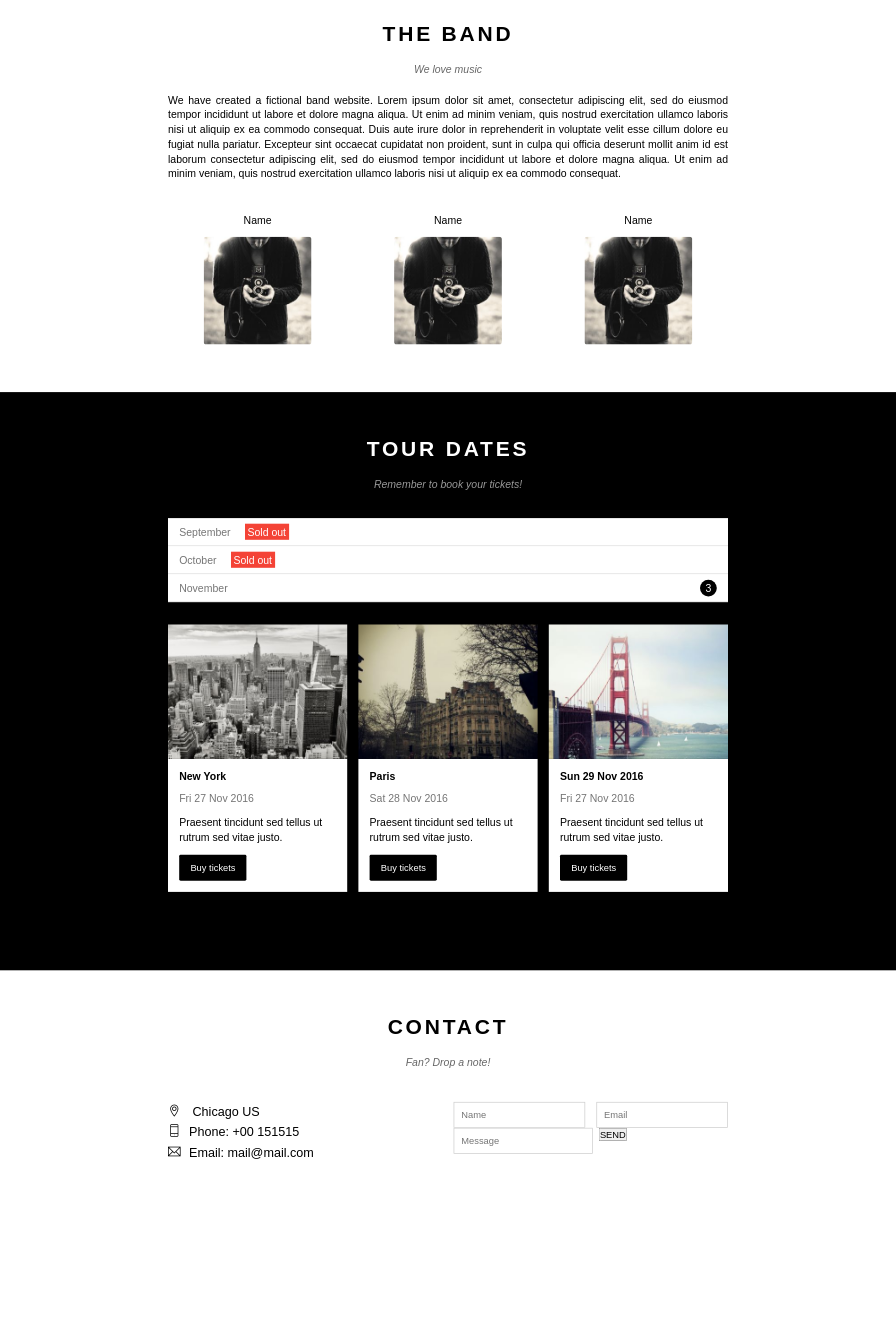
Repository: Phunobita/The-band-w3school
Page: index.html
The author's editor kept a copy of each file at every save. The page is drawn from the files as they stood at one save, then again after the next save.
The browser window is 1280 px wide. The pictures show the part of the page from y = 383 to 2303 px (the page is 2303 px tall), at 70% of full size.
A picture or video elsewhere on the page could not be fetched, so the positions and the page height are approximate.

Above is the page before, as saved 2021-12-03 16:02:39.

After the next save:
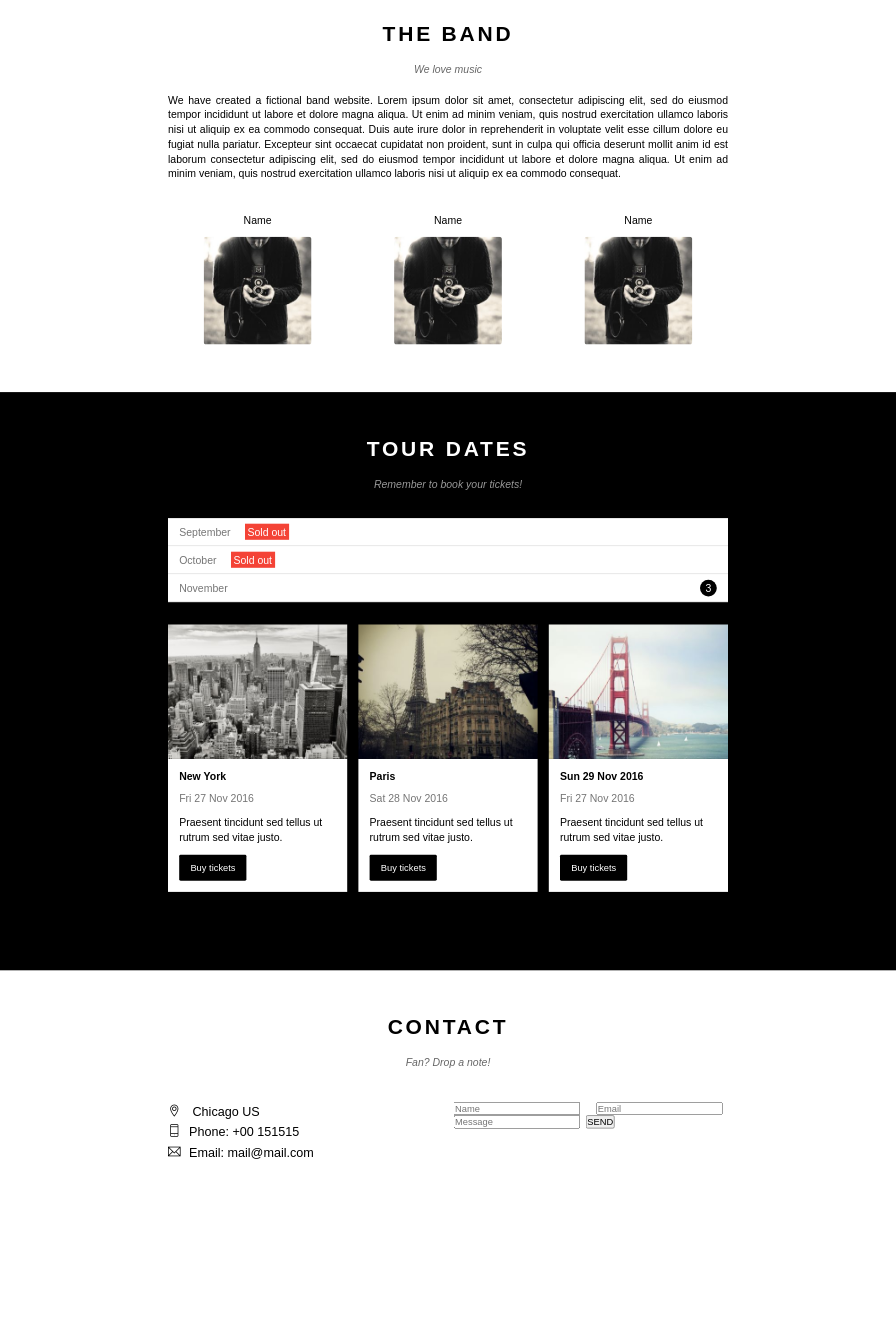
Saved 50 s later.
--- a/assets/css/style.css
+++ b/assets/css/style.css
@@ -355,7 +355,7 @@
   font-size: 15px;
 }
 
-.contact-form .form-control {
+.contact-form.form-control {
   padding: 10px;
   border: 1px solid #ccc;
   width: 100%;

After the save that followed:
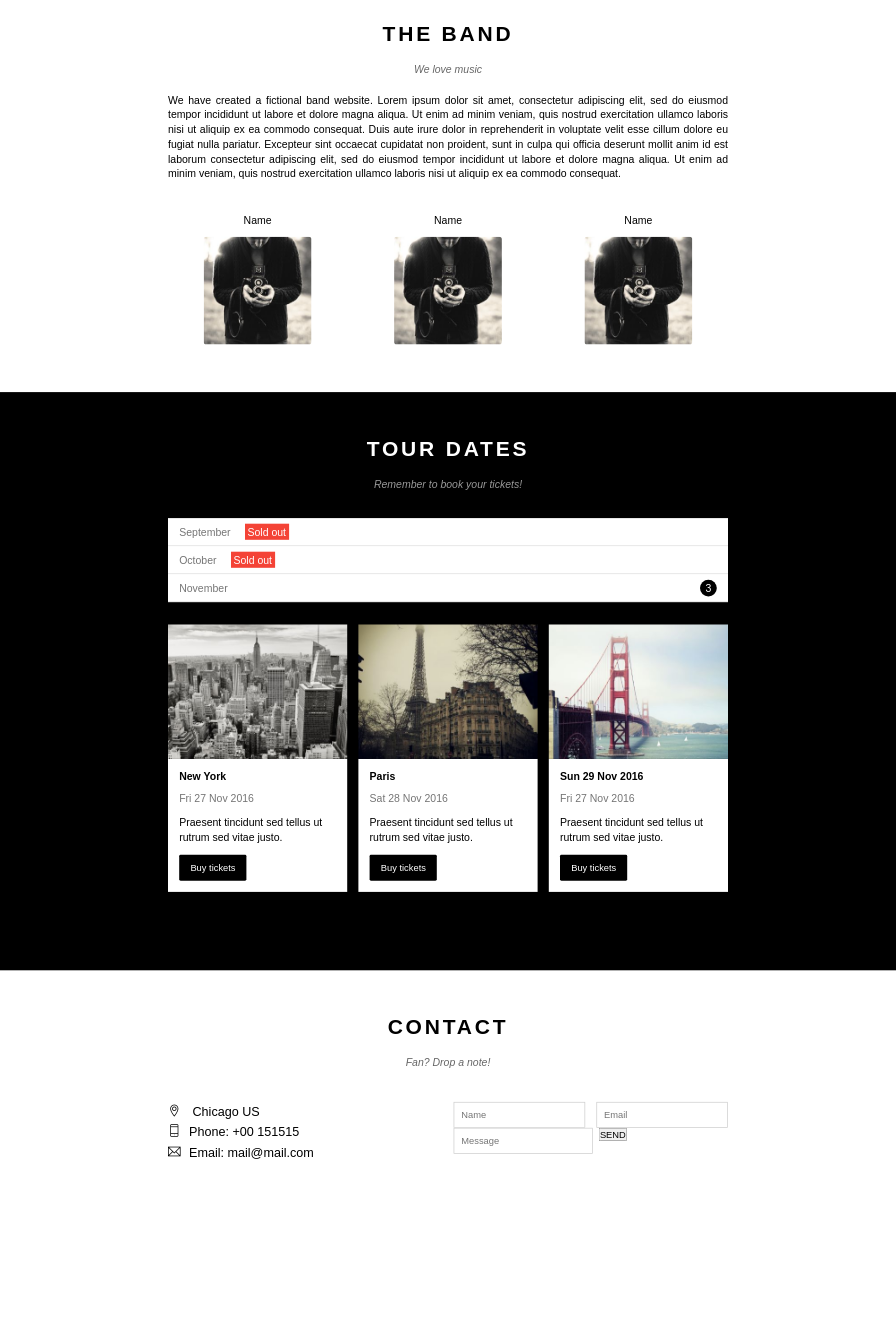
Saved 8 s later.
--- a/assets/css/style.css
+++ b/assets/css/style.css
@@ -355,7 +355,7 @@
   font-size: 15px;
 }
 
-.contact-form.form-control {
+.contact-form .form-control {
   padding: 10px;
   border: 1px solid #ccc;
   width: 100%;
